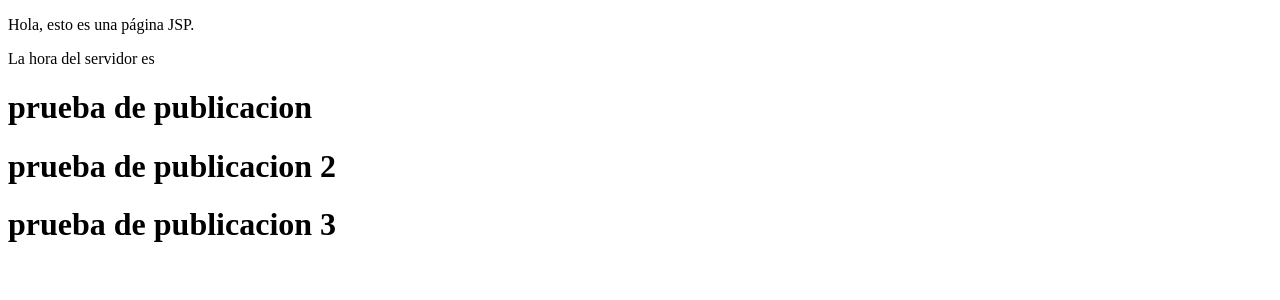
Repository: jojurado/pruebaswas
Page: http://localhost/demoWAS85/
An editor plug-in stored every save of this project. The page is shown before and after the next save, followed by the edit.
The browser window is 1280 px wide. The pictures show the whole page.
The page is served by Tomcat 9. Other server files are loaded and not shown.

Above is the page before, as saved 2018-01-30 13:40:01.

### demoWAS85/WebContent/index.jsp
<%@page import="java.util.Date"%>
<%@ page language="java" contentType="text/html; charset=ISO-8859-1" pageEncoding="ISO-8859-1"%>

<!DOCTYPE html PUBLIC "-//W3C//DTD HTML 4.01 Transitional//EN" "http://www.w3.org/TR/html4/loose.dtd">
<html>
<head>
<meta http-equiv="Content-Type" content="text/html; charset=ISO-8859-1">
<title>Insert title here</title>
</head>
<body>
	<p>Hola, esto es una página JSP.</p>
	<p>
		La hora del servidor es 		<%--=new Date()--%></p>
	<h1>prueba de publicacion</h1>
	<h1>prueba de publicacion 2</h1>
	<h1>prueba de publicacion 3</h1>
</body>
</html>

After the next save:
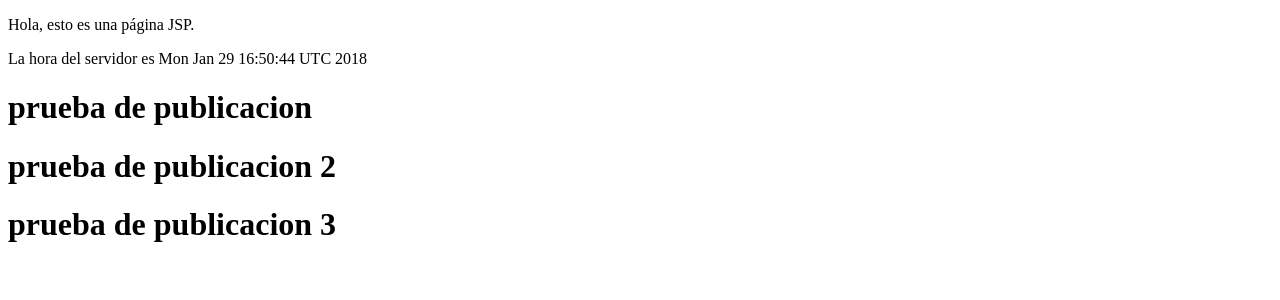
Saved 86 min 51 s later.
--- a/demoWAS85/WebContent/index.jsp
+++ b/demoWAS85/WebContent/index.jsp
@@ -10,7 +10,7 @@
 <body>
 	<p>Hola, esto es una página JSP.</p>
 	<p>
-		La hora del servidor es 		<%--=new Date()--%></p>
+		La hora del servidor es 		<%=new Date()%></p>
 	<h1>prueba de publicacion</h1>
 	<h1>prueba de publicacion 2</h1>
 	<h1>prueba de publicacion 3</h1>
